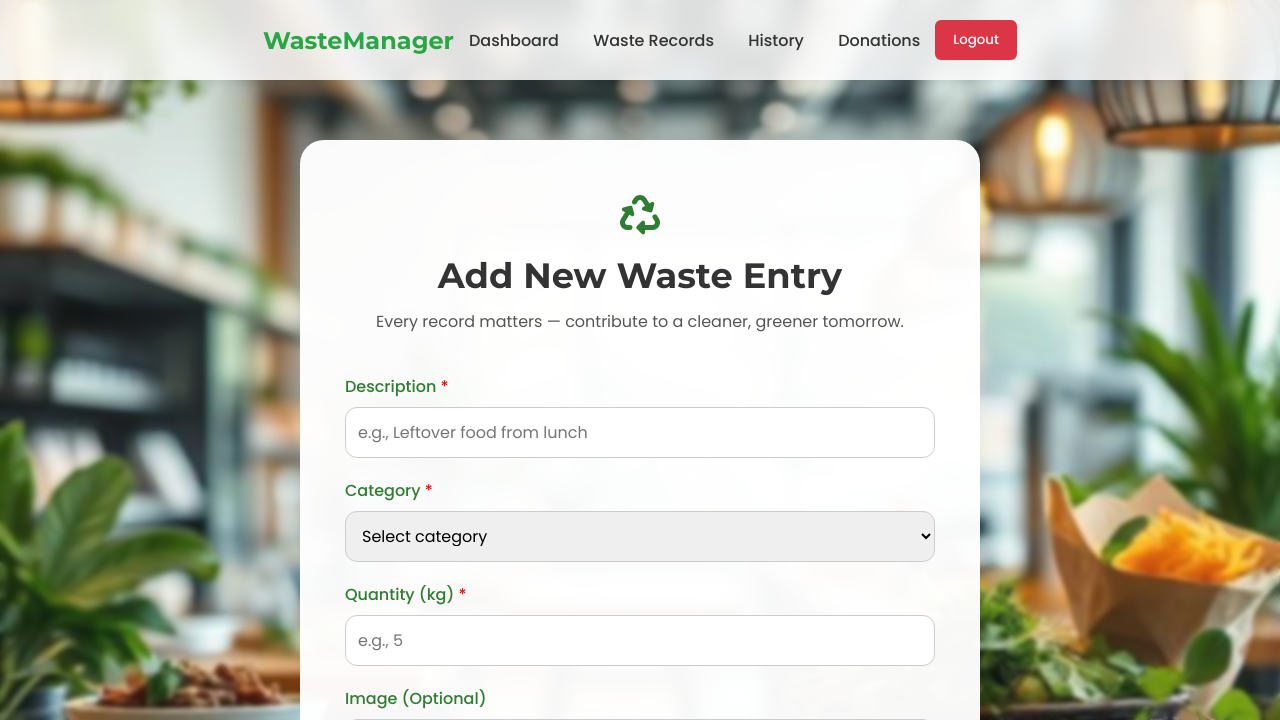
Repository: mahekagrawal25/restaurant-waste-management
Page: frontend/addwaste.html
These files come from the project's save history. The page is drawn as it stood at one moment and after the next save; the edit follows.
The browser window is 1280 px wide. The pictures show the whole page.
An inner scrolling area shows only its first screen. Some web fonts or font styles are not loaded; a fallback is used.

Above is the page before, as saved 2025-04-25 11:33:53.

After the next save:
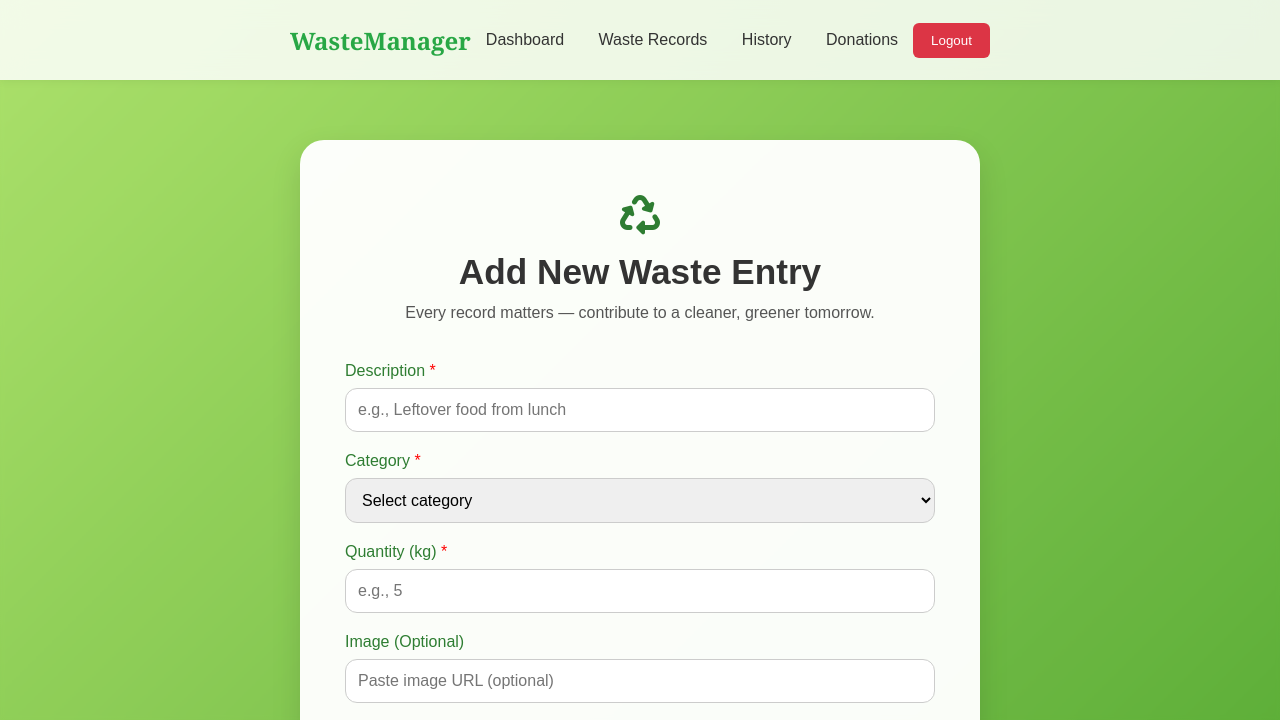
Saved 2 min 48 s later.
--- a/frontend/addwaste.html
+++ b/frontend/addwaste.html
@@ -10,7 +10,7 @@
       href="https://cdnjs.cloudflare.com/ajax/libs/font-awesome/6.4.0/css/all.min.css"
     />
     <link
-      href="https://fonts.googleapis.com/css2?family=Poppins:wght@400;500;600&family=Montserrat:wght@700&display=swap"
+      href="https://fonts.googleapis.com/css2?family=Georgia&family=Cambria&display=swap"
       rel="stylesheet"
     />
 
@@ -21,9 +21,8 @@
         padding: 0;
         height: 100%;
         overflow: hidden;
-        font-family: "Poppins", sans-serif;
-        background: url("./images/restro10.jpeg") no-repeat center center fixed;
-        background-size: cover;
+        font-family: "Cambria", "Georgia", serif;
+        background: linear-gradient(135deg, #a8e063, #56ab2f);
       }
 
       .page-wrapper {
@@ -134,8 +133,8 @@
       }
 
       .nav-container .logo {
-        font-family: "Montserrat", sans-serif;
-        font-weight: 700;
+        font-family: "Georgia", serif;
+        font-weight: bold;
         font-size: 1.5rem;
         color: #28a745;
       }
@@ -181,7 +180,6 @@
         </div>
 
         <form id="addWasteForm" class="waste-form">
-          <!-- Optional: user_id can be filled dynamically by backend or JS -->
           <input type="hidden" id="user_id" name="user_id" />
 
           <div class="form-group">
@@ -241,14 +239,12 @@
       <p>&copy; 2025 WasteManager | All rights reserved</p>
     </footer>
 
-    <!-- Optional: Add script for logout and form handling -->
     <script>
       document.getElementById("logoutBtn").addEventListener("click", () => {
-        localStorage.removeItem("token"); // or sessionStorage depending on usage
+        localStorage.removeItem("token");
         window.location.href = "login.html";
       });
 
-      // Example submit handler
       document.getElementById("addWasteForm").addEventListener("submit", async (e) => {
         e.preventDefault();
         const form = e.target;
